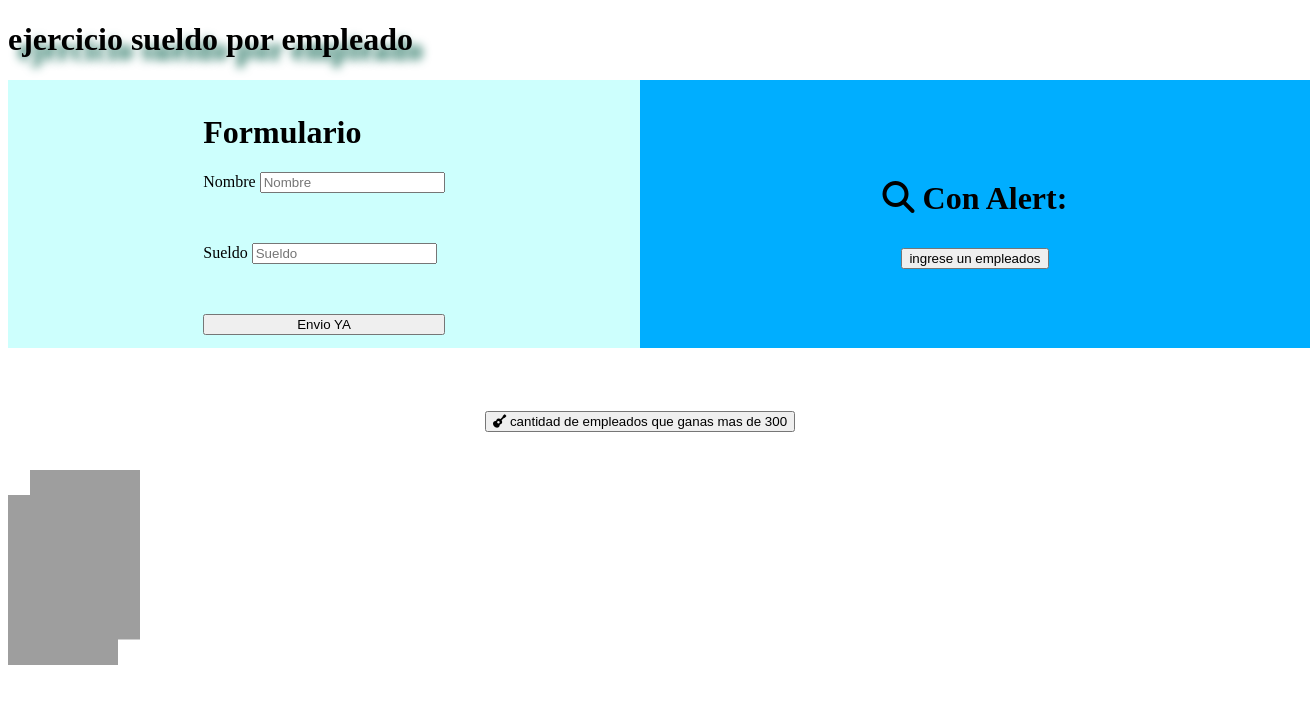
Repository: wolfmarcos/Ej-FormSesionEmpleados
Page: index.html
The author's editor kept a copy of each file at every save. The page is drawn from the files as they stood at one save, then again after a run of saves.
The browser window is 1280 px wide. The page is 1310 px wide, so the pictures cover 1310 px, including what lies to the right of the window. The pictures show the whole page.
Pictures or frames that could not be fetched are drawn as grey boxes. Some web libraries are served in a nearby version.

Above is the page before, as saved 2022-08-08 18:36:03.

After the next 2 saves:
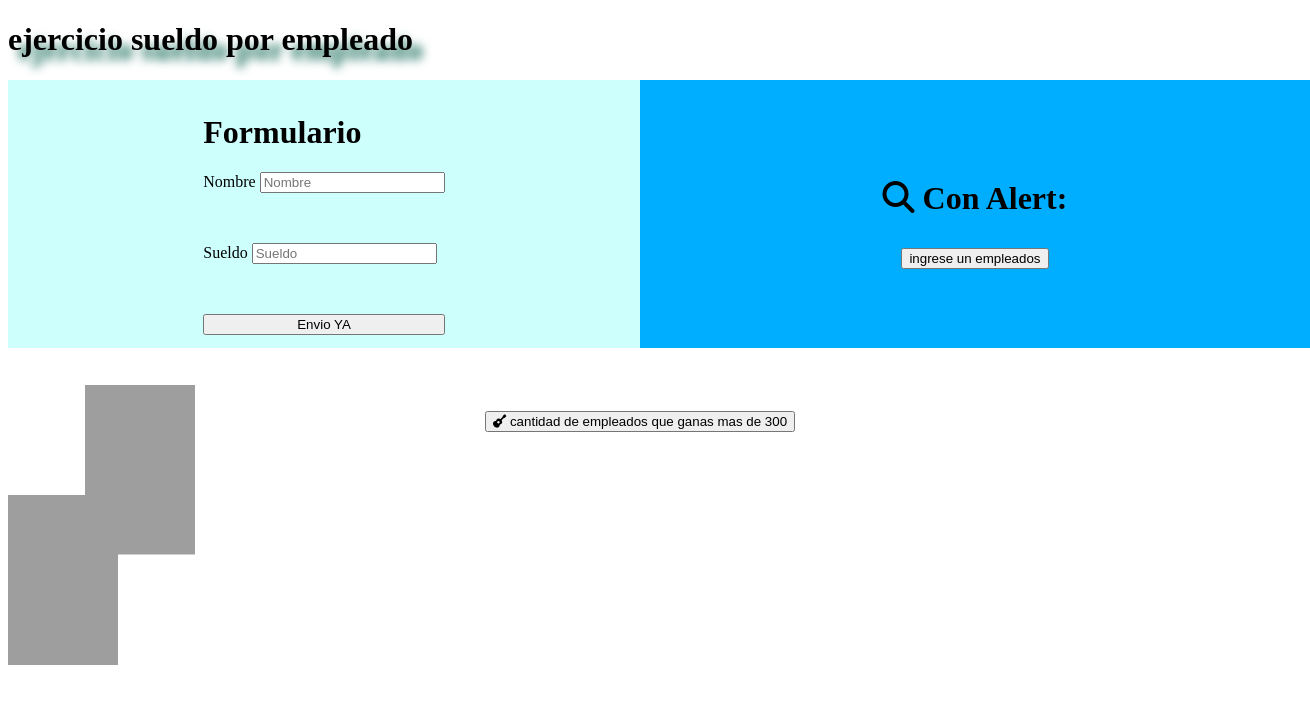
The 2 saves are shown as one change because they came seconds apart.
The last was saved 7 s later.
--- a/ej1.css
+++ b/ej1.css
@@ -252,7 +252,7 @@ position: relative;
 
 @keyframes corre {
 
-    50%{transform: translate(40% ,-15%);}
+    50%{transform: translate(140% ,-115%);}
 
   90%{background-position:-1016px -460px}
   90%{transform: translate(280% ,-15%)*2;}
